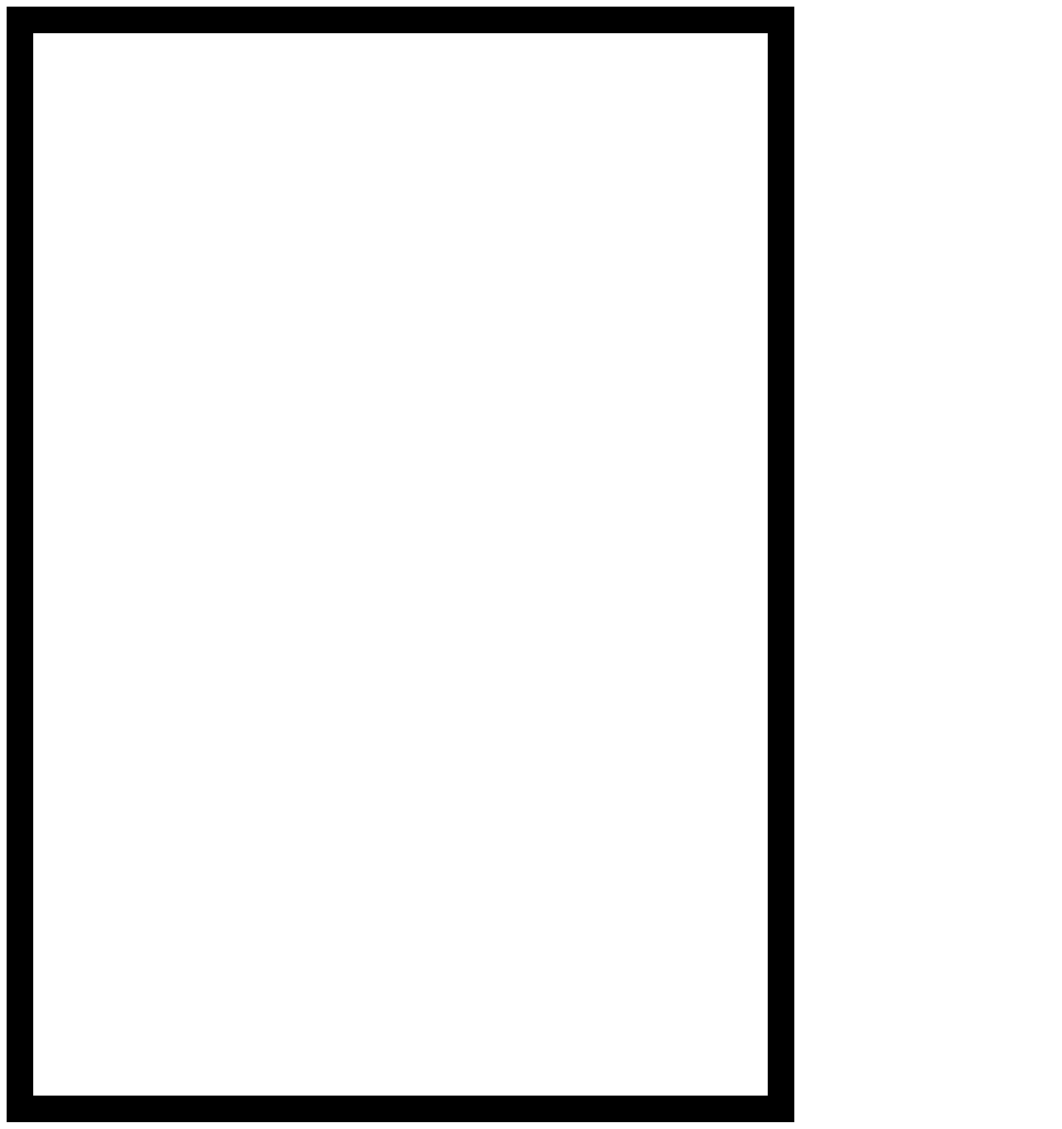
Repository: Tsardines/mondrian
Page: index.html
An editor plug-in stored every save of this project. The page is shown before and after the next save, followed by the edit.
The browser window is 1280 px wide. The pictures show the whole page, at 83% of full size.
Some web fonts or font styles are not loaded; a fallback is used.

Above is the page before, as saved 2019-10-20 15:54:33.

After the next save:
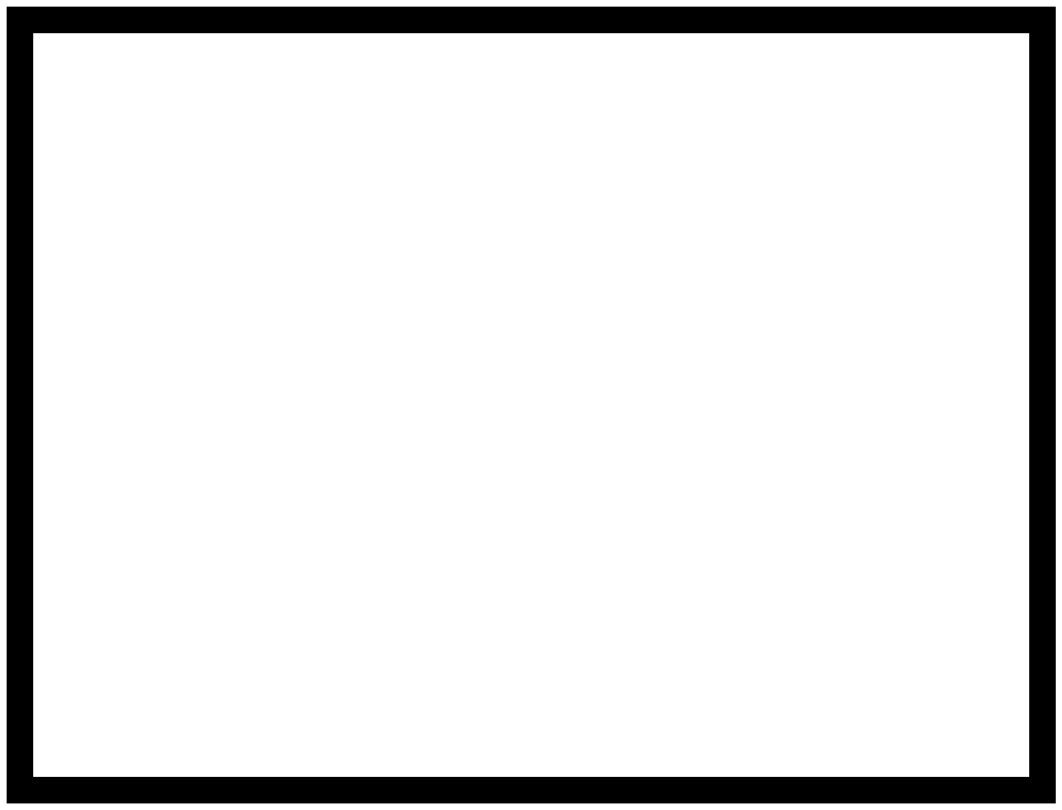
Saved 52 s later.
--- a/styles.css
+++ b/styles.css
@@ -1,5 +1,4 @@
 #canvas {
     border: 2rem solid black;
-    height: 80rem;
-    width: 70%;
+    height: 56rem;
 }
